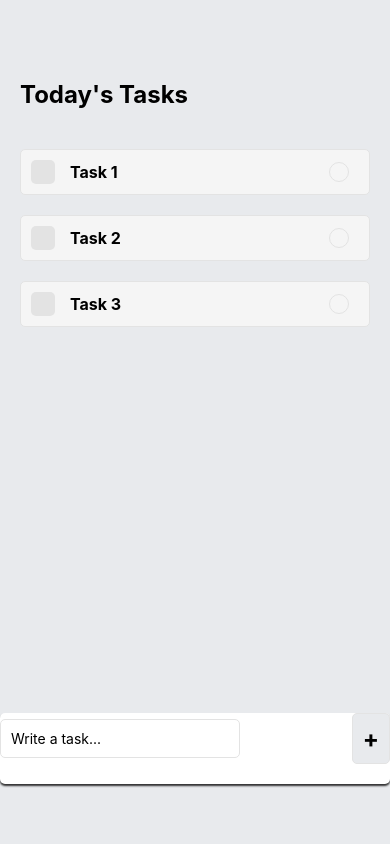
Repository: lomelo-x/ToDo-App
Screen: /
The author's editor kept a copy of each file at every save. The screen is drawn from the files as they stood at one save, then again after the next save.
The app was drawn by React Native's web renderer in a window 390 px wide. The project was rebuilt for these pictures with package versions that can differ from the ones it lists, and the page was loaded fresh each time.

Above is the screen before, as saved 2022-06-17 21:18:33.

After the next save:
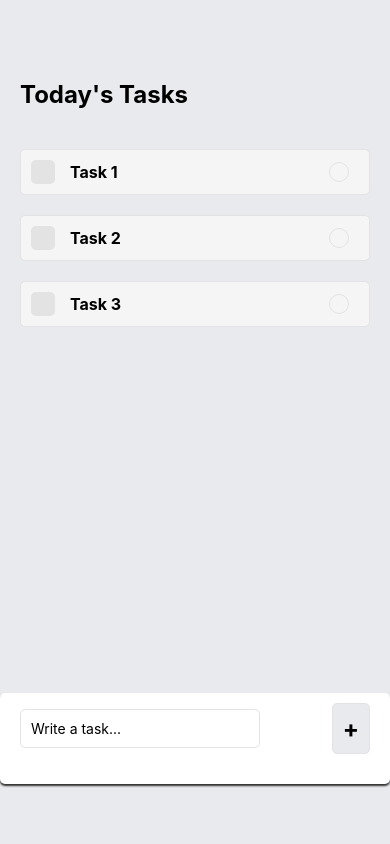
Saved 14 s later.
--- a/App.js
+++ b/App.js
@@ -51,6 +51,8 @@ const styles = StyleSheet.create({
 		flexDirection: 'row',
 		alignItems: 'center',
 		justifyContent: 'space-between',
+		paddingHorizontal: 20,
+		paddingVertical: 10,
 		backgroundColor: '#fff',
 		borderRadius: 5,
 		shadowColor: '#000',
